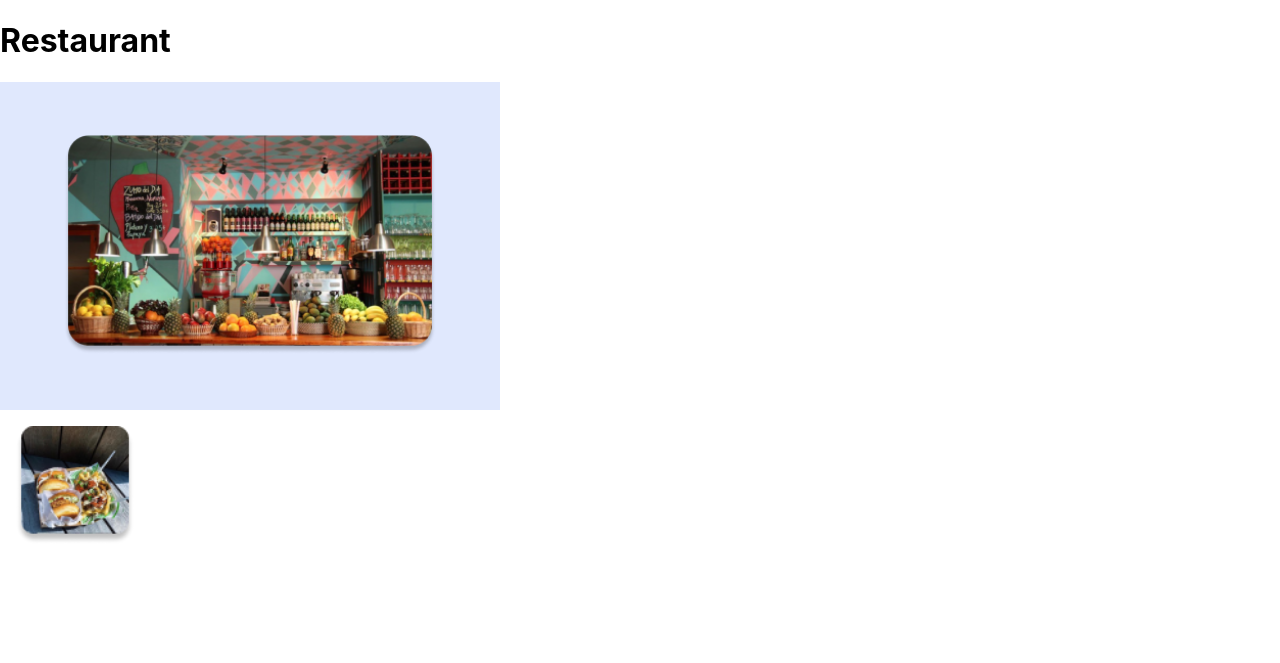
Repository: Kinakopan/design_mindfulEating_site
Page: /restaurant (app in firstapp/)
The author's editor kept a copy of each file at every save. The page is drawn from the files as they stood at one save, then again after the next save.
The browser window is 1280 px wide. The pictures show the whole page.
The project was rebuilt for these pictures with package versions that can differ from the ones it lists, and the page was loaded fresh each time. The framework's server and built-in components were replaced by stand-ins that run in the browser. Also part of the build but not shown: firstapp/next.config.js.

Above is the page before, as saved 2022-04-20 00:09:08.

### firstapp/pages/restaurant.js
import ImgCard from "../comps/ImgCard";
import RestaurantCard from "../comps/RestaurantCard";
import ReCont from "../comps/RestaurantCard";
import Img from "../comps/RestaurantCard";

export default function Restaurant(){

    return (
    <div>
        <h1>Restaurant</h1>

        <ImgCard
        img="/restaurant.png"
        bg="#E0E8FD"/>


    <main>
        <RestaurantCard
        img="/veg out.png">
        </RestaurantCard>



    </main>
    </div>

    )
}

### firstapp/comps/ImgCard.js
import { Children } from 'react';
import styled from 'styled-components';
import rcont from './RestaurantCard';

const CardCont = styled.div`
    background-color: ${props=>props.cl};
    color: ${props=>props.text_cl};
    width: 500px;
    padding: 1em 3em 1em 3em;
    border-radius: ${props=>props.border_radius}
`;

const DispImage = styled.img`
    width: 100%;
    padding: 1em;
`;

const List = styled.div`
    text-align: right;
`;

export default function ImgCard({
    img="/food1.png",
    bg="#E0E8FD",
    tcl="#08213E",
    title="",
    txt="",
    bor="",
    n1,n2,n3,n4="",
    Children=null

}){

    return <CardCont cl={bg} text_cl={tcl} border_radius={bor}>
        <h1>{title}</h1>
        <DispImage src={img}/>
        <List>
            <h2>{n1}</h2>
            <h2>{n2}</h2>
            <h2>{n3}</h2>
            <h2>{n4}</h2>
        </List>
        <p>{txt}</p>
        {Children}

    </CardCont>
}

### firstapp/comps/RestaurantCard.js
import styled from 'styled-components';

const ReCont = styled.div`
background-color:#E0E8FD;
width:500px;
align-items: center;
position: absolute;
height: 191px;
left: 1px;
top: 433px;

`;

const ReImg = styled.img`
width:150px;
padding: 1em
`;

export default function RestaurantCard({
    img="/veg out.png",
    bg="#E0E8FD",
    txt="",
    Children=null

}){

    return <ReCont></ReCont>,
    <ReImg src="veg out.png"></ReImg>
}


//export default function RestaurantCard(){
    //return(
   //     <img src="/veg out.png" />
   // )

//}

Loaded but not shown: firstapp/pages/_app.js (common file); firstapp/styles/globals.css (common file)

After the next save:
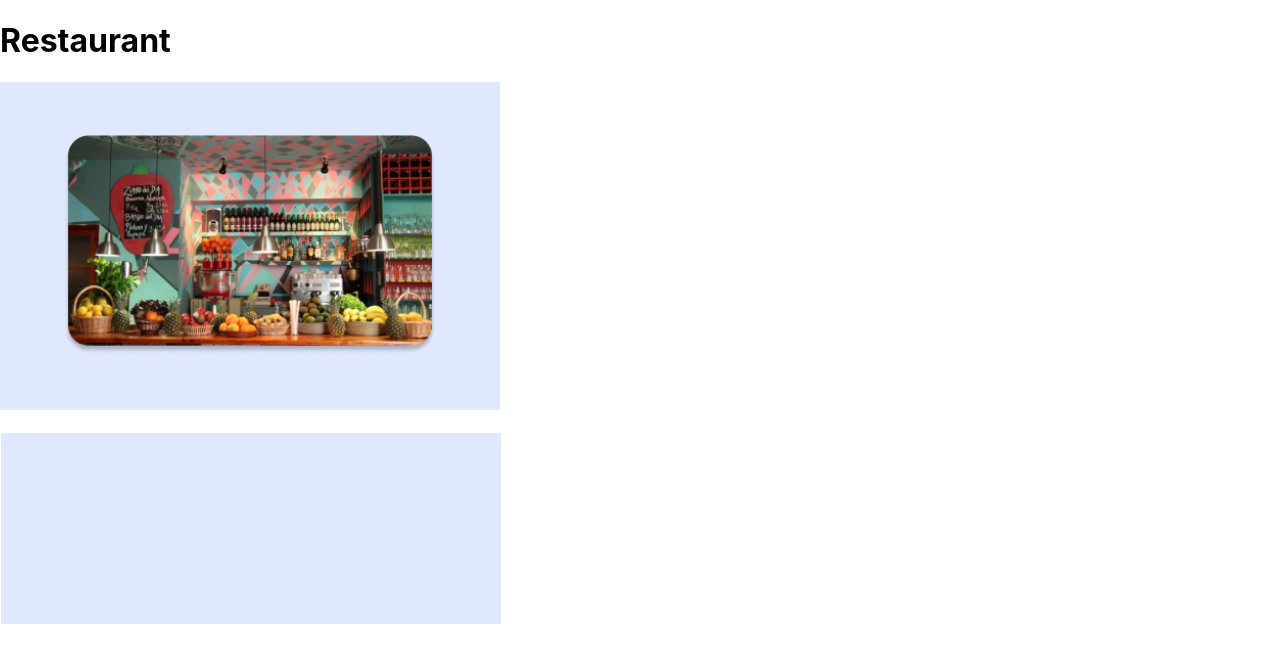
Saved 13 s later.
--- a/firstapp/comps/RestaurantCard.js
+++ b/firstapp/comps/RestaurantCard.js
@@ -24,7 +24,7 @@
 
 }){
 
-    return <ReCont></ReCont>,
+    return <ReCont></ReCont>;
     <ReImg src="veg out.png"></ReImg>
 }
 

After the 2 saves that followed:
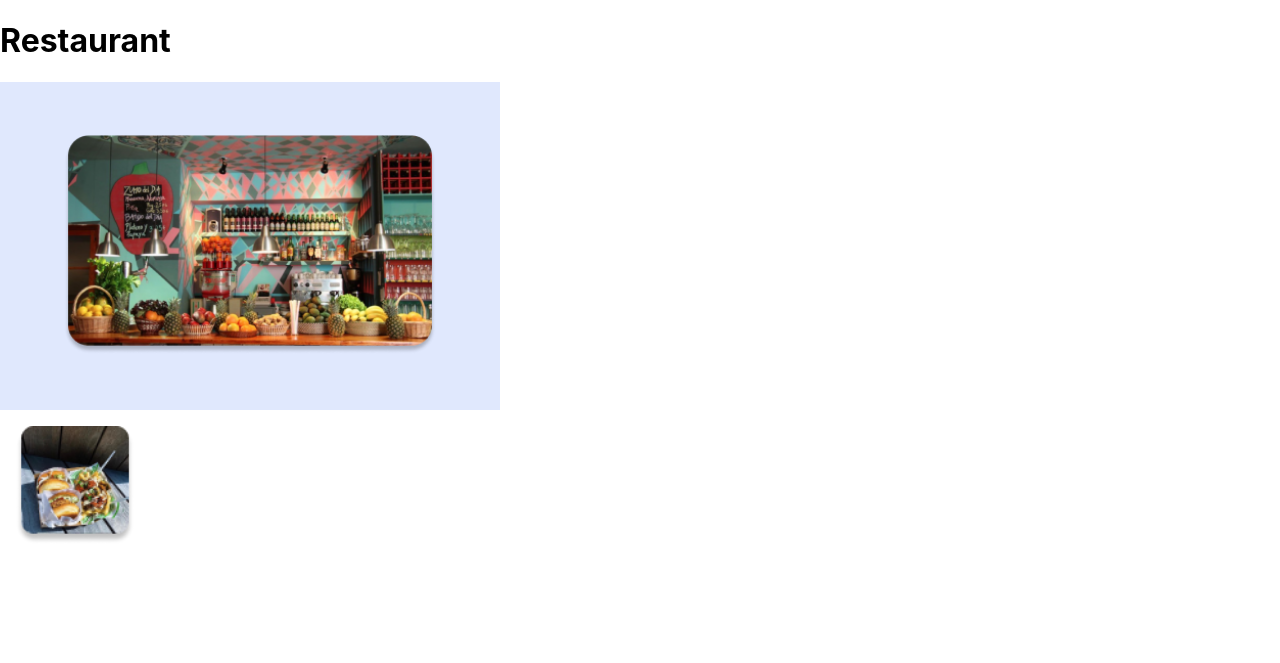
The 2 saves are shown as one change because 1 did not build or start.
The last was saved 66 s later.
--- a/firstapp/comps/RestaurantCard.js
+++ b/firstapp/comps/RestaurantCard.js
@@ -24,8 +24,9 @@
 
 }){
 
-    return <ReCont></ReCont>;
+    return <ReCont></ReCont>,
     <ReImg src="veg out.png"></ReImg>
+    {Children}
 }
 
 
